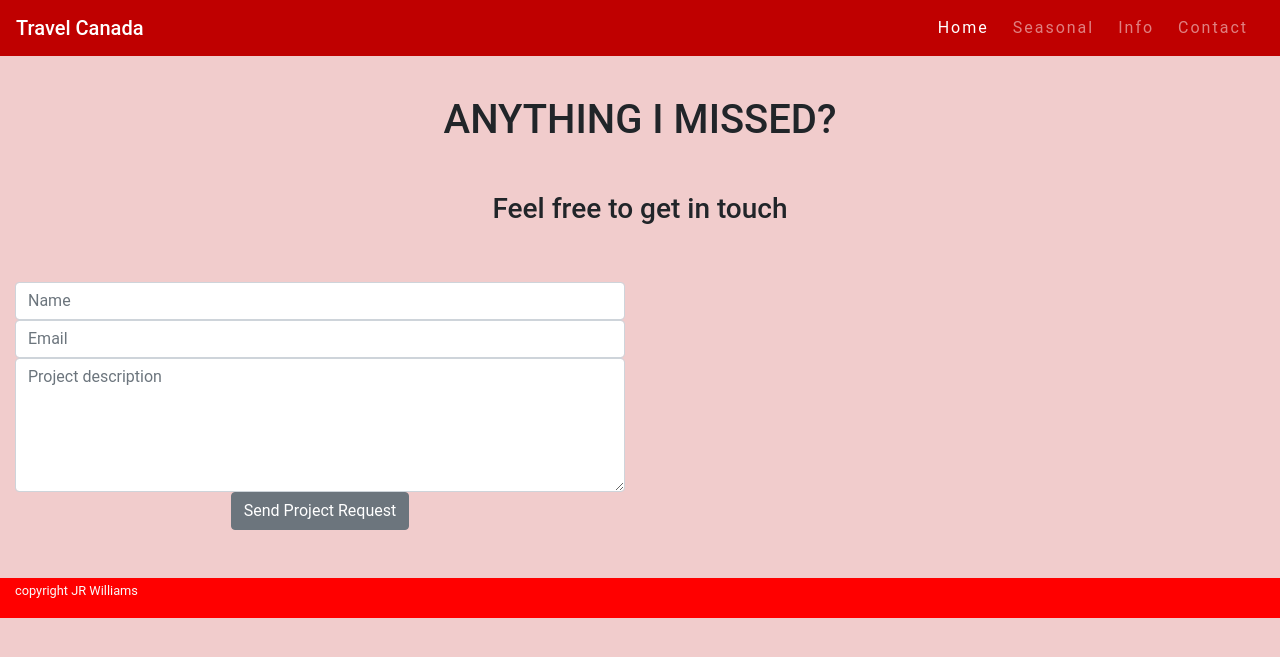
Repository: JonWil91/Travel-Canada
Page: contact.html
The author's editor kept a record of every edit. The page is drawn from the files as they stood at one moment, then again after the next edit.
The browser window is 1280 px wide. The pictures show the whole page.
Some web libraries are served in a nearby version.

Above is the page before.

After the next edit:
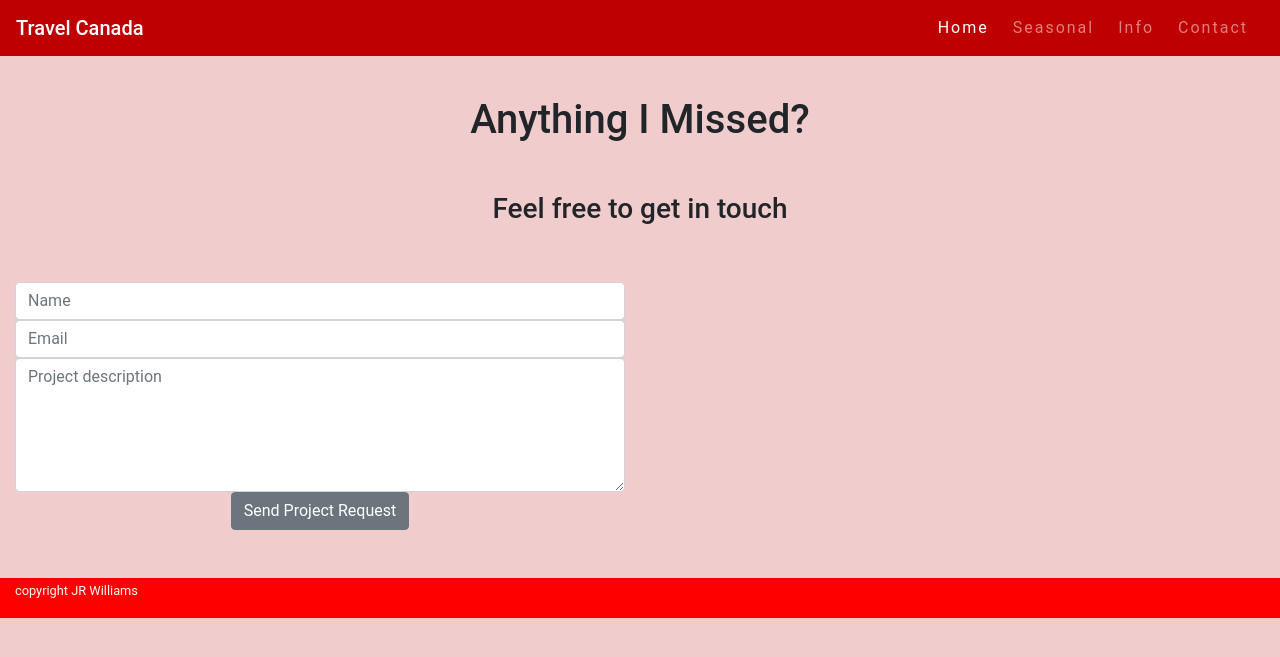
The edit:
--- a/contact.html
+++ b/contact.html
@@ -42,7 +42,7 @@
         <div class="container title-container my-5 text-center">
             <div class="row">
                 <div class="col-12">
-                    <h1 class="text-uppercase my-5">Anything I missed?</h1>
+                    <h1 class="my-5">Anything I Missed?</h1>
                     <h3>Feel free to get in touch</h3>
                 </div>
             </div>
